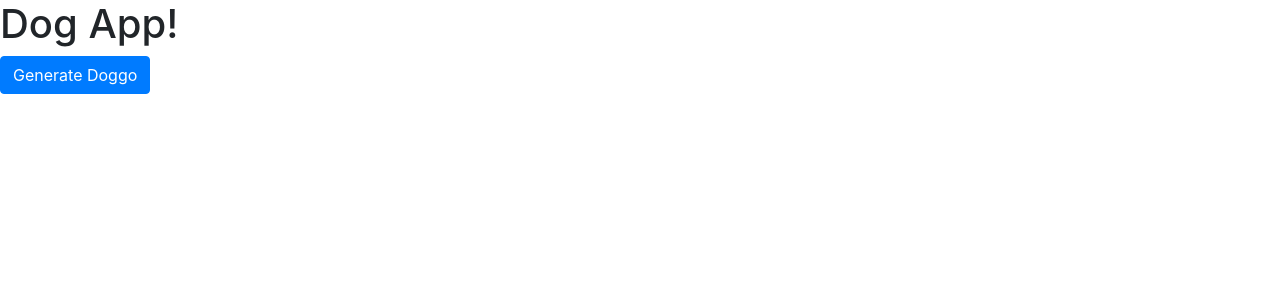
Repository: samuraijane/dc-builders
Page: week7/2-thursday/class/exercise1/index.html
These files come from the project's save history. The page is drawn as it stood at one moment and after the next save; the edit follows.
The browser window is 1280 px wide. The pictures show the whole page.

Above is the page before, as saved 2020-08-21 22:59:45.
Console error: SyntaxError: missing ) after argument list

After the next save:
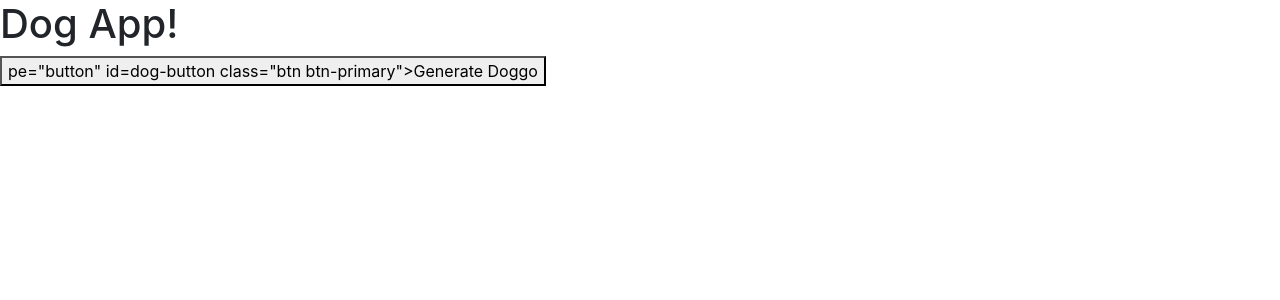
Saved 13 s later.
--- a/week7/2-thursday/class/exercise1/index.html
+++ b/week7/2-thursday/class/exercise1/index.html
@@ -13,8 +13,8 @@
   <body>
 
     <h1>Dog App!</h1>
-    <div id="dog-data"></div>
-    <button type="button" id=dog-button class="btn btn-primary">Generate Doggo</button>
+
+    <button ty<div id="dog-data"></div>pe="button" id=dog-button class="btn btn-primary">Generate Doggo</button>
 
     <!-- Optional JavaScript -->
     <!-- jQuery first, then Popper.js, then Bootstrap JS -->

After the save that followed:
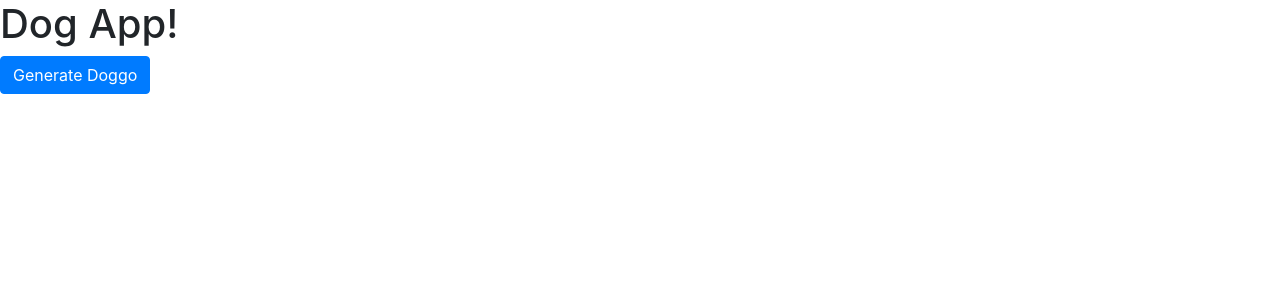
Saved 4 s later.
--- a/week7/2-thursday/class/exercise1/index.html
+++ b/week7/2-thursday/class/exercise1/index.html
@@ -13,8 +13,8 @@
   <body>
 
     <h1>Dog App!</h1>
-
-    <button ty<div id="dog-data"></div>pe="button" id=dog-button class="btn btn-primary">Generate Doggo</button>
+    <div id="dog-data"></div>
+    <button type="button" id=dog-button class="btn btn-primary">Generate Doggo</button>
 
     <!-- Optional JavaScript -->
     <!-- jQuery first, then Popper.js, then Bootstrap JS -->
